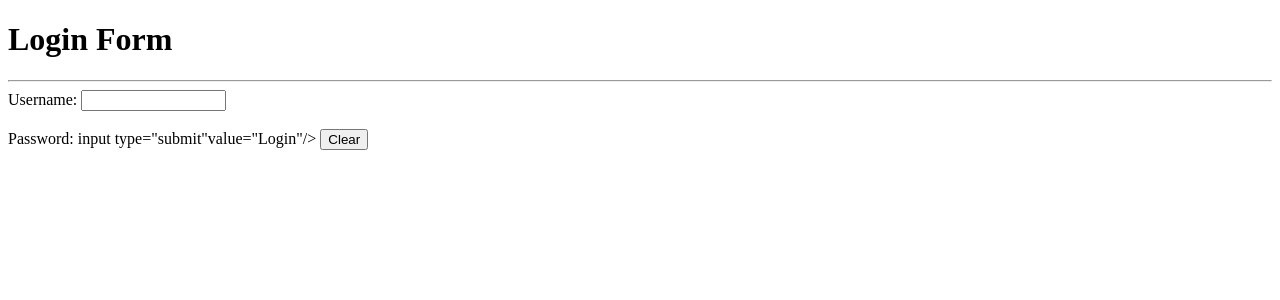
Repository: ManjulavaniSripathi/Day10
Page: LoginApp/WebContent/Registration.html
An editor plug-in stored every save of this project. The page is shown before and after the next save, followed by the edit.
The browser window is 1280 px wide. The pictures show the whole page.

Above is the page before, as saved 2018-09-05 10:23:35.

After the next save:
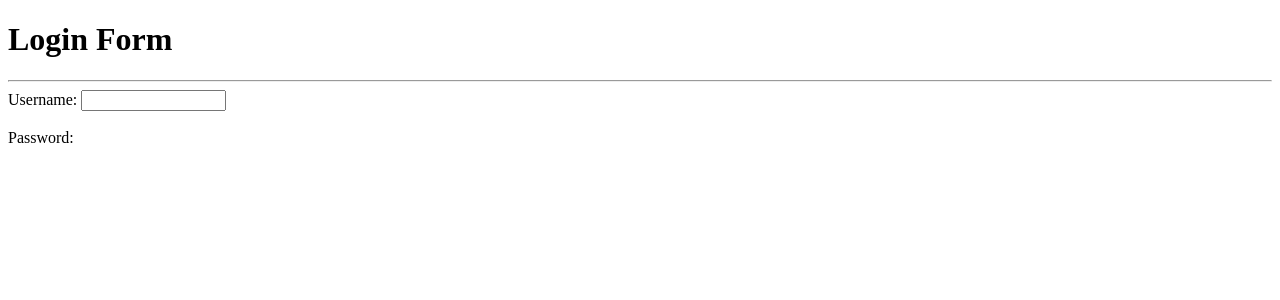
Saved 4 min 23 s later.
--- a/LoginApp/WebContent/Registration.html
+++ b/LoginApp/WebContent/Registration.html
@@ -2,7 +2,7 @@
 <html>
 <head>
 <meta charset="ISO-8859-1">
-<title>Registration form</title>
+<title>Registration page</title>
 </head>
 <body>
 <h1>Login Form</h1>
@@ -12,7 +12,9 @@
 <input type="text" name="username"size="15"/>
 <br><br>
 <label>Password:</label>
-input type="submit"value="Login"/>
+<input type='password" name="password"size="15"/>
+<br><br>
+input type="submit"value="Register"/>
 <input type="reset"value="Clear"/>
 <br><br>
 
